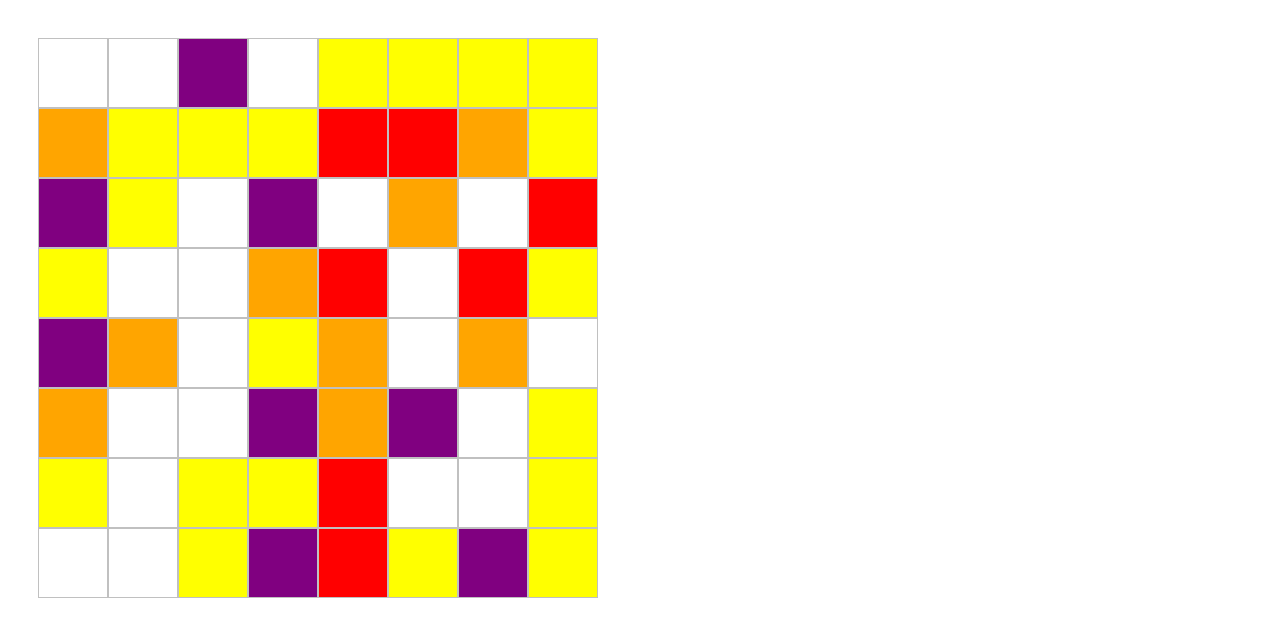
Repository: om1ars/javascript-candy-crush
Page: /
These files come from the project's save history. The page is drawn as it stood at one moment and after a run of saves; the edit follows.
The browser window is 1280 px wide. The pictures show the whole page.
The project was rebuilt for these pictures with package versions that can differ from the ones it lists, and the page was loaded fresh each time.

Above is the page before, as saved 2022-01-06 04:39:36.

After the next 2 saves:
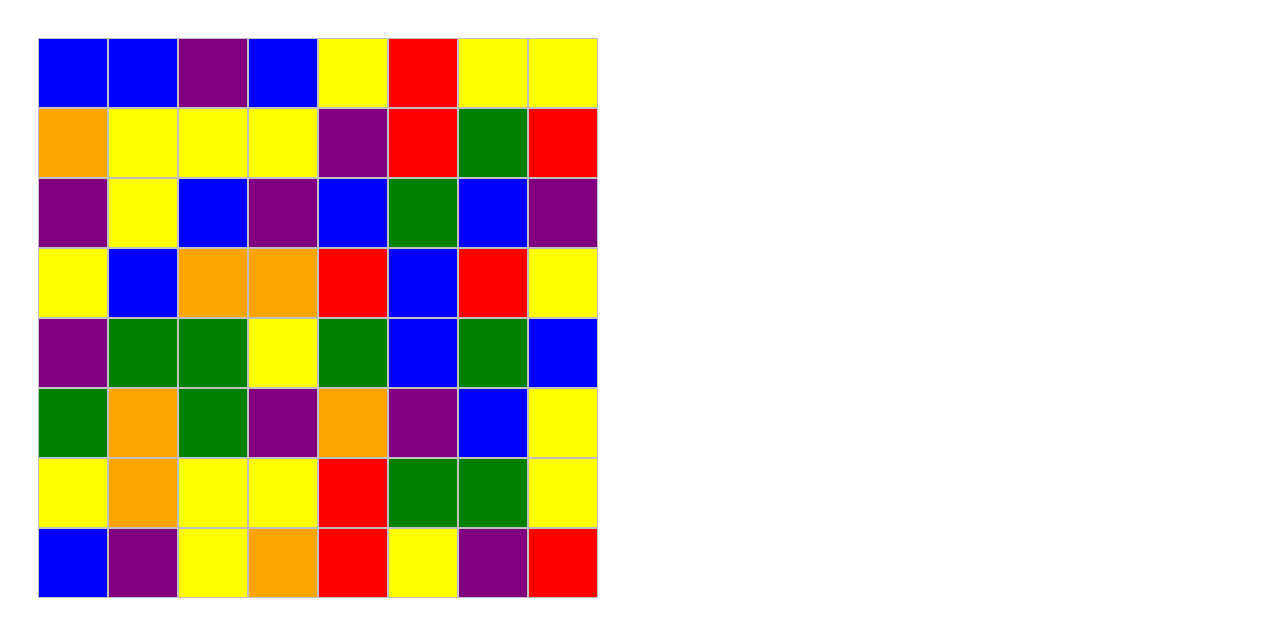
The 2 saves are shown as one change because they came seconds apart.
The last was saved 19 s later.
--- a/src/App.js
+++ b/src/App.js
@@ -1,7 +1,7 @@
 import { useEffect, useState } from "react";
 
 const width = 8;
-const candyColors = ["blue, green", "orange", "purple", "red", "yellow"]
+const candyColors = ["blue", "green", "orange", "purple", "red", "yellow"]
 
 function App() {
   const [currentColor, setCurrentColor] = useState([]);
